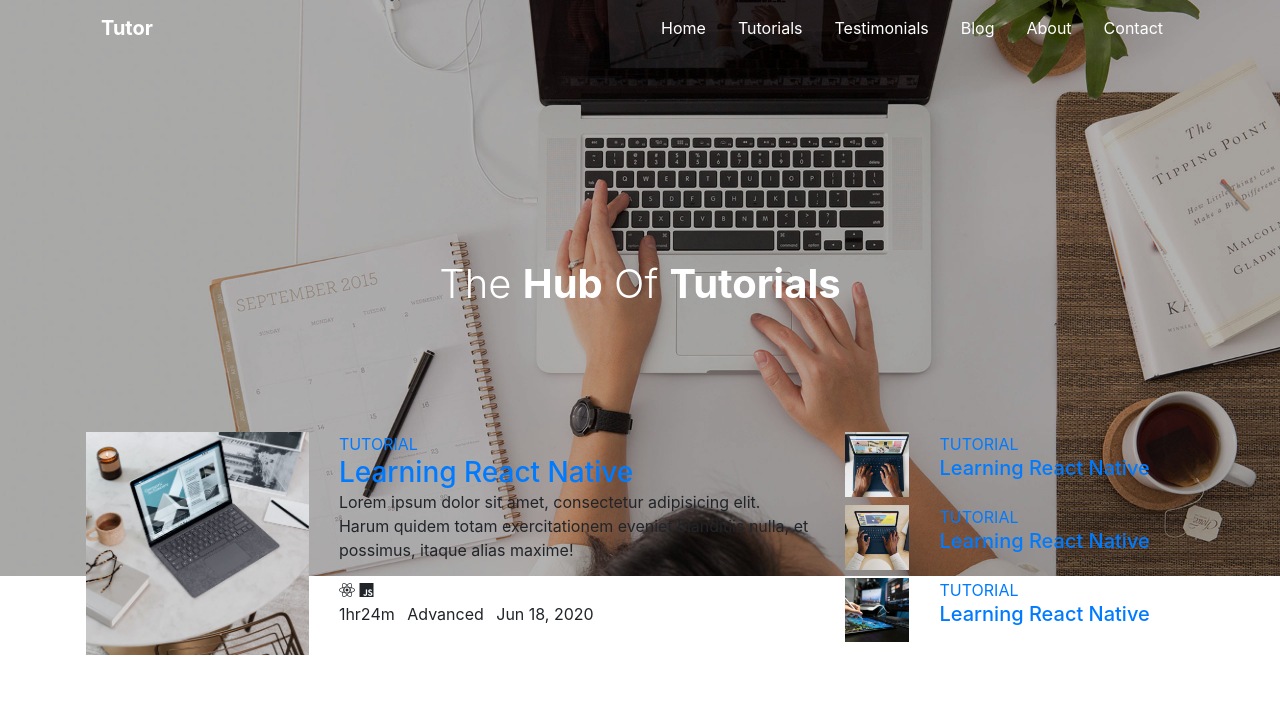
Repository: longvh2003/Tutor
Page: Views/home.html
An editor plug-in stored every save of this project. The page is shown before and after a run of saves, followed by the edit.
The browser window is 1280 px wide. The pictures show the whole page.
Some web libraries are served in a nearby version.

Above is the page before, as saved 2020-08-12 16:51:15.

### Views/home.html
<html lang="en">

<head>
    <meta charset="UTF-8">
    <meta name="viewport" content="width=device-width, initial-scale=1.0">
    <title>Home</title>
    <link rel="stylesheet" href="https://stackpath.bootstrapcdn.com/bootstrap/4.5.2/css/bootstrap.min.css"
        integrity="sha384-JcKb8q3iqJ61gNV9KGb8thSsNjpSL0n8PARn9HuZOnIxN0hoP+VmmDGMN5t9UJ0Z" crossorigin="anonymous">
    <link rel="stylesheet" href="https://use.fontawesome.com/releases/v5.12.0/css/all.css"
        integrity="sha384-REHJTs1r2ErKBuJB0fCK99gCYsVjwxHrSU0N7I1zl9vZbggVJXRMsv/sLlOAGb4M" crossorigin="anonymous" />
        <link rel="stylesheet" href="../Css/header.css">
        <link rel="stylesheet" href="../Css/home.css">
</head>

<body>
    <section class="header">
        <div class="opacity"></div>
        <div class="container">
            <nav class="navbar navbar-light">
                <a class="navbar-brand text-white" href="#"><strong>Tutor</strong></a>
                <ul class="nav justify-content-center">
                    <li class="nav-item">
                        <a class="nav-link text-white" href="#">Home</a>
                    </li>
                    <li class="nav-item">
                        <a class="nav-link text-white" href="#">Tutorials</a>
                    </li>
                    <li class="nav-item">
                        <a class="nav-link text-white" href="#">Testimonials</a>
                    </li>
                    <li class="nav-item">
                        <a class="nav-link text-white" href="#">Blog</a>
                    </li>
                    <li class="nav-item">
                        <a class="nav-link text-white" href="#">About</a>
                    </li>
                    <li class="nav-item">
                        <a class="nav-link text-white" href="#">Contact</a>
                    </li>
                </ul>
            </nav>
            <div class="title-header">
                <h1 class="text-white">The <strong>Hub</strong> Of <strong>Tutorials</strong></h1>
            </div>
        </div>
    </section>
    <div class="container latest-content">
        <div class="row">
            <div class="col-lg-8">
                <div class="row">
                    <div class="col-md-4">
                        <img class="img-latest-content" src="../Image/img_1.jpg" alt="...">
                    </div>
                    <div class="col-md-8">
                        <div><a href="#">TUTORIAL</a></div>
                        <div><a href="#" class="h3">Learning React Native</a></div>
                        <p>Lorem ipsum dolor sit amet, consectetur adipisicing elit. Harum quidem totam exercitationem
                            eveniet blanditiis nulla, et possimus, itaque alias maxime!</p>
                        <div>
                            <span><i class="fab fa-react"></i></span>
                            <span><i class="fab fa-js"></i></span>
                        </div>
                        <p>
                            <span class="mr-2">1hr24m</span>
                            <span class="mr-2">Advanced</span>
                            <span class="mr-2">Jun 18, 2020</span>
                        </p>
                    </div>
                </div>
            </div>
            <div class="col-lg-4">
                <div class="row pb-2">
                    <div class="col-3"><img class="img-latest-content" src="../Image/img_2.jpg" alt="..."></div>
                    <div class="col-9">
                        <div><a href="#">TUTORIAL</a></div>
                        <div><a href="#" class="h5">Learning React Native</a></div>
                    </div>
                </div>
                <div class="row pb-2">
                    <div class="col-3"><img class="img-latest-content" src="../Image/img_3.jpg" alt="..."></div>
                    <div class="col-9">
                        <div><a href="#">TUTORIAL</a></div>
                        <div><a href="#" class="h5">Learning React Native</a></div>
                    </div>
                </div>
                <div class="row pb-2">
                    <div class="col-3"><img class="img-latest-content" src="../Image/img_4.jpg" alt="..."></div>
                    <div class="col-9">
                        <div><a href="#">TUTORIAL</a></div>
                        <div><a href="#" class="h5">Learning React Native</a></div>
                    </div>
                </div>
            </div>
        </div>
    </div>
</body>

</html>

### Css/header.css
body {
    font-family: "Raleway", -apple-system, BlinkMacSystemFont, "Segoe UI", Roboto,
      "Helvetica Neue", Arial, "Noto Sans", sans-serif, "Apple Color Emoji",
      "Segoe UI Emoji", "Segoe UI Symbol", "Noto Color Emoji";
  }
  .header{
      background: url(../Image/hero_bg.jpg) no-repeat center center;
      height: 36rem;
      background-size: cover;
  }
  .opacity{
      position: absolute;
      width: 100%;
      height: 36rem;
      background: rgba(0, 0, 0, 0.3);
  }
  .title-header{
      position: absolute;
      z-index: 1;
      top: 40%;
      left: 50%;
      transform: translate(-50%,-50%);
  }
  .title-header h1{
      font-weight: 300;
  }
  .title-header strong{
      font-weight: bold;
  }

### Css/home.css
.latest-content{
    padding: 1rem;
    position: relative;
    z-index: 9999;
    margin-top: -10rem;
}
.img-latest-content{
    width: 100%;
    height: auto;
}

After the next 2 saves:
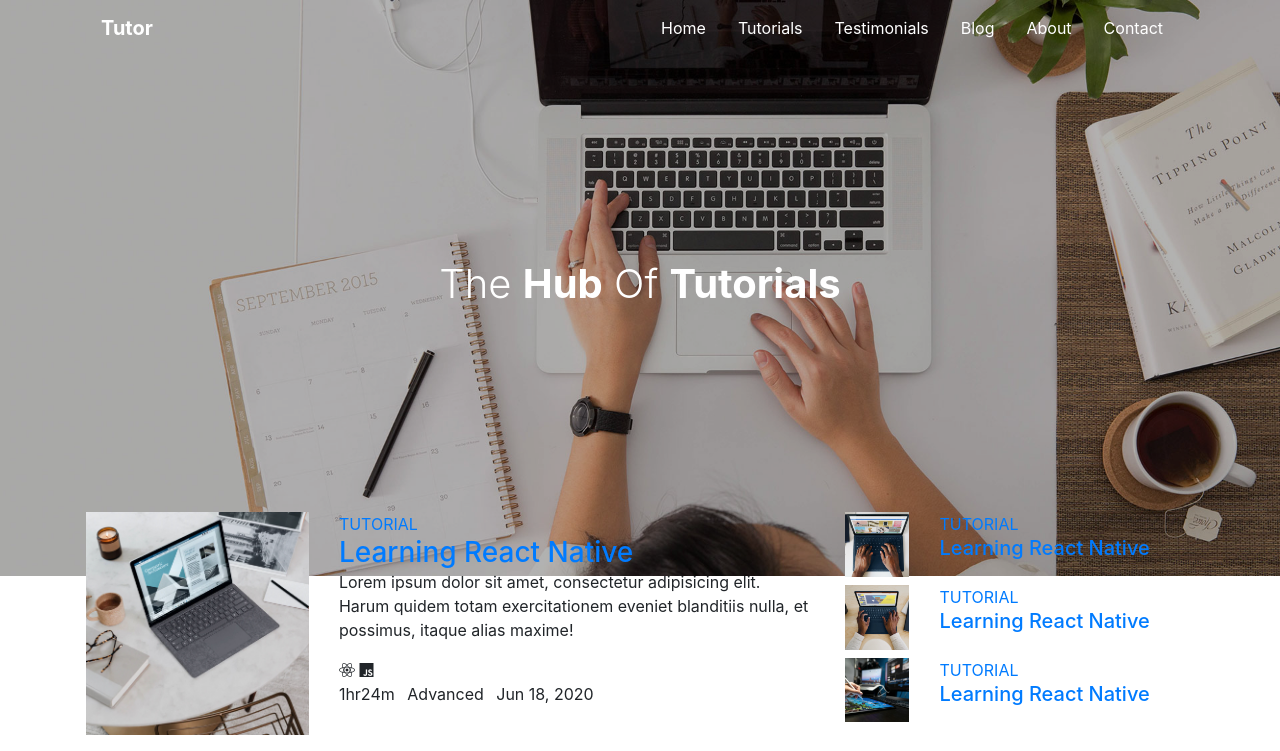
The 2 saves are shown as one change because they came seconds apart.
The last was saved 13 s later.
--- a/Css/home.css
+++ b/Css/home.css
@@ -2,7 +2,7 @@
     padding: 1rem;
     position: relative;
     z-index: 9999;
-    margin-top: -10rem;
+    margin-top: -5rem;
 }
 .img-latest-content{
     width: 100%;
